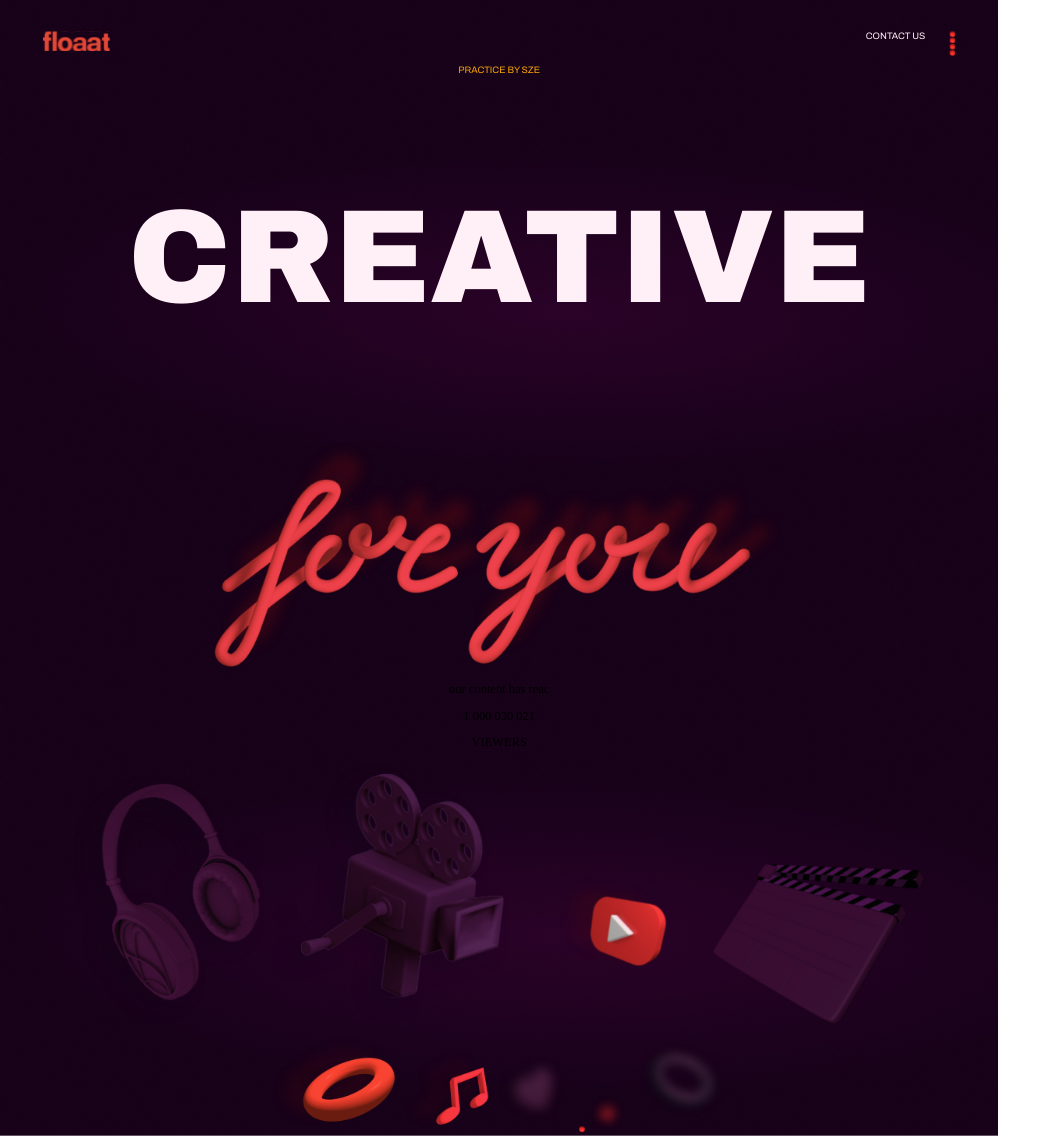
Repository: skydevil1604/next-page-no-adaptive
Page: app/index.html
These files come from the project's save history. The page is drawn as it stood at one moment and after the next save; the edit follows.
The browser window is 1280 px wide. The page is 1280 px wide, then 1346 px, so the pictures cover 1346 px, including what lies to the right of the window. The pictures show the whole page, at 78% of full size.
Some web libraries are served in a nearby version. The style sheet was rebuilt from its Sass, Less or Tailwind sources for each picture, by a compiler version that may differ from the author's.

Above is the page before, as saved 2020-01-03 03:20:10.

After the next save:
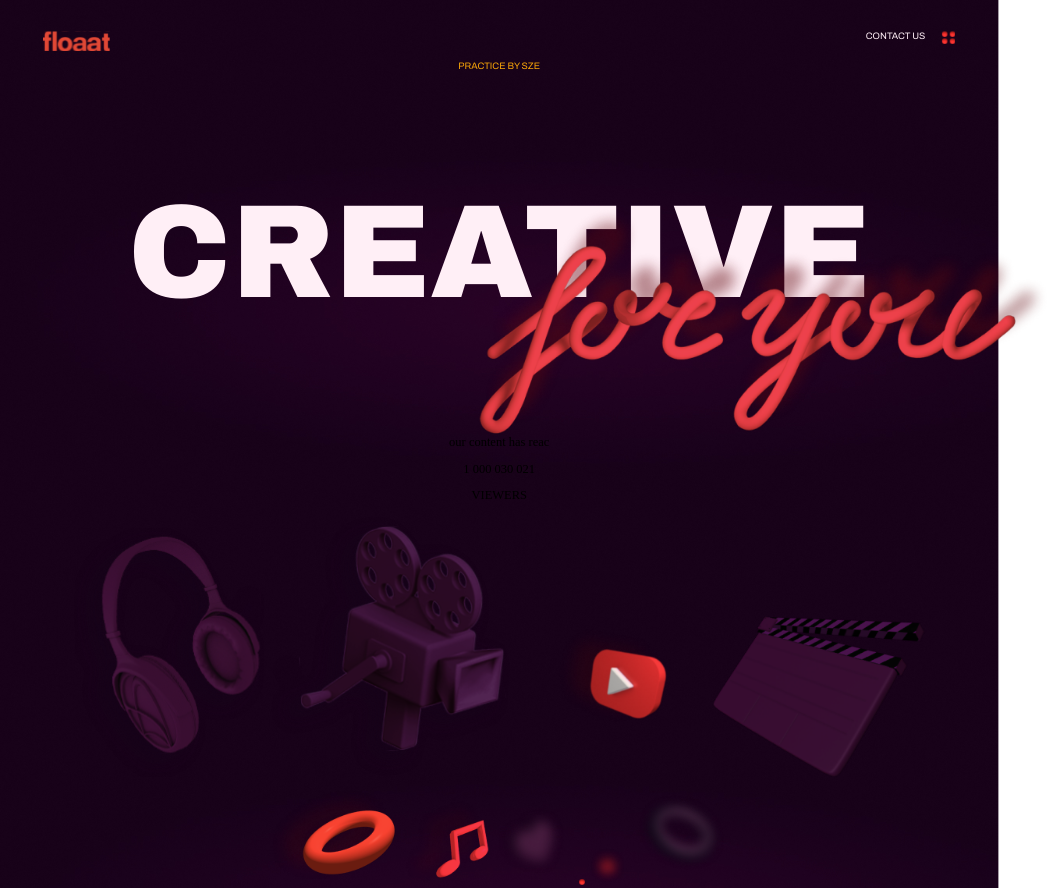
Saved 28 s later.
--- a/app/sass/main.scss
+++ b/app/sass/main.scss
@@ -112,11 +112,18 @@
             text-transform: uppercase;
             color: #FFEFF6;
         }
-        &__button span {
-            background-image: url(../img/dot.svg);
-            width: 8px;
-            height: 8px;
-            display: block;
+        &__button {
+            display: flex;
+            width: 18px;
+            flex-wrap: wrap;
+            height: 18px;
+            justify-content: space-between;
+                & span {
+                    background-image: url(../img/dot.svg);
+                    width: 8px;
+                    height: 8px;
+                    display: block;
+                }
         }
 }
 
@@ -142,4 +149,9 @@
         color: #F9A608;
         text-align: center;
     }
+    &__text {
+        position: absolute;
+        top: 265px;
+        left: 615px;
+    }
 }
